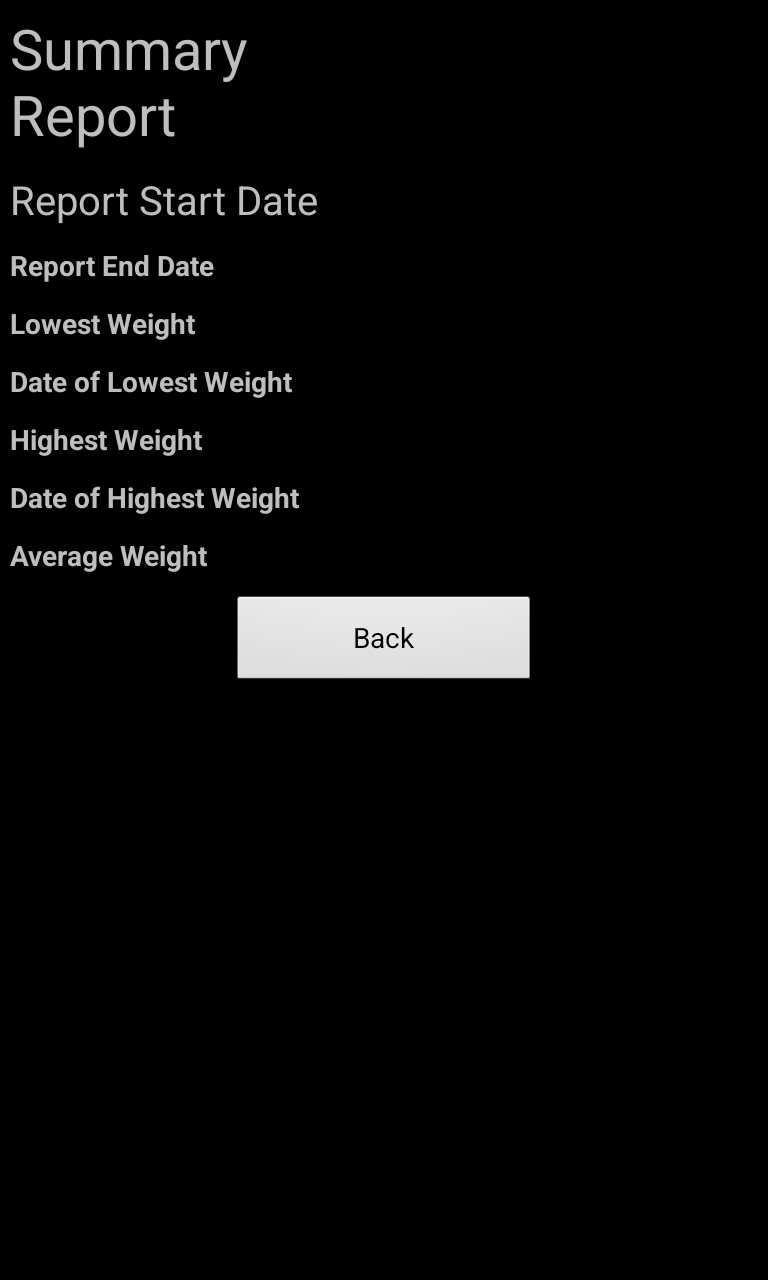
Repository: dillonyoung/CPD4493
Layout: TraCare/res/layout/report.xml
The author's editor kept a copy of each file at every save. The layout is drawn from the files as they stood at one save, then again after the next save.
It is drawn on a 768 x 1280 px phone screen (xhdpi) without system bars, with theme android:Theme.Black; the app's code is not run.

Above is the layout before, as saved 2013-04-10 23:29:38.

### TraCare/res/layout/report.xml
<?xml version="1.0" encoding="utf-8"?>
<ScrollView xmlns:android="http://schemas.android.com/apk/res/android"
    android:layout_width="fill_parent"
    android:layout_height="fill_parent" >

    <TableLayout
        android:id="@+id/TableLayout1"
        android:layout_width="match_parent"
        android:layout_height="wrap_content" >

        <TableRow
            android:id="@+id/tableRow1"
            android:layout_width="wrap_content"
            android:layout_height="wrap_content"
            android:padding="5dip" >

            <TextView
                android:id="@+id/textView1"
                android:layout_width="wrap_content"
                android:layout_height="wrap_content"
                android:layout_span="2"
                android:text="@string/summary"
                style="@style/heading" />
        </TableRow>


        <TableRow
            android:id="@+id/tableRow2"
            android:layout_width="wrap_content"
            android:layout_height="wrap_content"
            android:padding="5dip" >

            <TextView
                android:id="@+id/textView2"
                android:layout_width="wrap_content"
                android:layout_height="wrap_content"
                android:text="@string/reportstart"
                style="@style/label" />

            <TextView
                android:id="@+id/txtReportStartDate"
                android:layout_width="wrap_content"
                android:layout_height="wrap_content"
                android:text="@string/blank"
                style="@style/value" />
        </TableRow>


        <TableRow
            android:id="@+id/tableRow3"
            android:layout_width="wrap_content"
            android:layout_height="wrap_content"
            android:padding="5dip" >

            <TextView
                android:id="@+id/textView3"
                android:layout_width="wrap_content"
                android:layout_height="wrap_content"
                android:text="@string/reportend"
                android:textStyle="bold" />

            <TextView
                android:id="@+id/txtReportEndDate"
                android:layout_width="wrap_content"
                android:layout_height="wrap_content"
                android:text="@string/blank"
                android:textStyle="bold" />
        </TableRow>


        <TableRow
            android:id="@+id/tableRow4"
            android:layout_width="wrap_content"
            android:layout_height="wrap_content"
            android:padding="5dip" >

            <TextView
                android:id="@+id/textView4"
                android:layout_width="wrap_content"
                android:layout_height="wrap_content"
                android:text="@string/lowestweight"
                android:textStyle="bold" />

            <TextView
                android:id="@+id/txtReportLowestWeight"
                android:layout_width="wrap_content"
                android:layout_height="wrap_content"
                android:text="@string/blank"
                android:textStyle="bold" />
        </TableRow>


        <TableRow
            android:id="@+id/tableRow5"
            android:layout_width="wrap_content"
            android:layout_height="wrap_content"
            android:padding="5dip" >

            <TextView
                android:id="@+id/textView5"
                android:layout_width="wrap_content"
                android:layout_height="wrap_content"
                android:text="@string/lowestdate"
                android:textStyle="bold" />

            <TextView
                android:id="@+id/txtReportLowestDate"
                android:layout_width="wrap_content"
                android:layout_height="wrap_content"
                android:text="@string/blank"
                android:textStyle="bold" />
        </TableRow>


        <TableRow
            android:id="@+id/tableRow6"
            android:layout_width="wrap_content"
            android:layout_height="wrap_content"
            android:padding="5dip" >

            <TextView
                android:id="@+id/textView6"
                android:layout_width="wrap_content"
                android:layout_height="wrap_content"
                android:text="@string/highestweight"
                android:textStyle="bold" />

            <TextView
                android:id="@+id/txtReportHighestWeight"
                android:layout_width="wrap_content"
                android:layout_height="wrap_content"
                android:text="@string/blank"
                android:textStyle="bold" />
        </TableRow>


        <TableRow
            android:id="@+id/tableRow7"
            android:layout_width="wrap_content"
            android:layout_height="wrap_content"
            android:padding="5dip" >

            <TextView
                android:id="@+id/textView7"
                android:layout_width="wrap_content"
                android:layout_height="wrap_content"
                android:text="@string/highestdate"
                android:textStyle="bold" />

            <TextView
                android:id="@+id/txtReportHighestDate"
                android:layout_width="wrap_content"
                android:layout_height="wrap_content"
                android:text="@string/blank"
                android:textStyle="bold" />
        </TableRow>


        <TableRow
            android:id="@+id/tableRow8"
            android:layout_width="wrap_content"
            android:layout_height="wrap_content"
            android:padding="5dip" >

            <TextView
                android:id="@+id/textView8"
                android:layout_width="wrap_content"
                android:layout_height="wrap_content"
                android:text="@string/averageweight"
                android:textStyle="bold" />

            <TextView
                android:id="@+id/txtReportAverageWeight"
                android:layout_width="wrap_content"
                android:layout_height="wrap_content"
                android:text="@string/blank"
                android:textStyle="bold" />
        </TableRow>

        <TableRow
            android:id="@+id/tableRow9"
            android:layout_width="wrap_content"
            android:layout_height="wrap_content"
            android:gravity="center_horizontal"
            android:padding="5dip" >

            <Button
                android:id="@+id/btnBack"
                android:layout_width="wrap_content"
                android:layout_height="wrap_content"
                android:layout_span="2"
                android:text="@string/back" />
        </TableRow>
    </TableLayout>

</ScrollView>

### TraCare/res/values/strings.xml
<?xml version="1.0" encoding="utf-8"?>
<resources>

    <string name="app_name">TraCare</string>
    <string name="action_settings">Settings</string>
    <string name="title_section1">Section 1</string>
    <string name="title_section2">Section 2</string>
    <string name="title_section3">Section 3</string>
    <string name="user_details">User Details</string>
    <string name="gender">Gender</string>
    <string name="male">Male</string>
    <string name="female">Female</string>
    <string name="weight">Weight (Lbs)</string>
    <string name="preferences">Preferences</string>
    <string name="track_weight">Track Weight</string>
    <string name="track_sleep">Track Sleep</string>
    <string name="track_energy_level">Track Energy Level</string>
    <string name="track_quality_of_sleep">Track Quality of Sleep</string>
    <string name="track_fitness">Track Fitness</string>
    <string name="track_nutrition">Track Nutrition</string>
    <string name="savesettings">Save Settings</string>
    <string name="back">Back</string>
    <string name="yourname">Your name</string>
    <string name="track_symptom">Track Symptom</string>
    <string name="image"></string>
    <string name="blank"></string>
    <string name="menu_add_entry">Add Entry</string>
    <string name="menu_delete_entry">Delete Entry</string>
    <string name="summary">Summary Report</string>
    <string name="startdate">Start Date</string>
    <string name="enddate">End Date</string>
    <string name="runreport">Run Report</string>
    <string name="reportstart">Report Start Date</string>
    <string name="reportend">Report End Date</string>
    <string name="lowestweight">Lowest Weight</string>
    <string name="lowestdate">Date of Lowest Weight</string>
	<string name="highestweight">Highest Weight</string>
    <string name="highestdate">Date of Highest Weight</string>
    <string name="averageweight">Average Weight</string>
    <string-array name="hours_of_sleep">
        <item>0.0 Hours of Sleep</item>
        <item>0.5 Hours of Sleep</item>
        <item>1.0 Hours of Sleep</item>
        <item>1.5 Hours of Sleep</item>
        <item>2.0 Hours of Sleep</item>
        <item>2.5 Hours of Sleep</item>
        <item>3.0 Hours of Sleep</item>
        <item>3.5 Hours of Sleep</item>
        <item>4.0 Hours of Sleep</item>
        <item>4.5 Hours of Sleep</item>
        <item>5.0 Hours of Sleep</item>
        <item>5.5 Hours of Sleep</item>
        <item>6.0 Hours of Sleep</item>
        <item>6.5 Hours of Sleep</item>
        <item>7.0 Hours of Sleep</item>
        <item>7.5 Hours of Sleep</item>
        <item>8.0 Hours of Sleep</item>
        <item>8.5 Hours of Sleep</item>
        <item>9.0 Hours of Sleep</item>
        <item>9.5 Hours of Sleep</item>
        <item>10.0 Hours of Sleep</item>
        <item>10.5 Hours of Sleep</item>
        <item>11.0 Hours of Sleep</item>
        <item>11.5 Hours of Sleep</item>
        <item>12.0 Hours of Sleep</item>
        <item>12.5 Hours of Sleep</item>
        <item>13.0 Hours of Sleep</item>
        <item>13.5 Hours of Sleep</item>
        <item>14.0 Hours of Sleep</item>
        <item>14.5 Hours of Sleep</item>
        <item>15.0 Hours of Sleep</item>
        <item>15.5 Hours of Sleep</item>
        <item>16.0 Hours of Sleep</item>
        <item>16.5 Hours of Sleep</item>
        <item>17.0 Hours of Sleep</item>
        <item>17.5 Hours of Sleep</item>
        <item>18.0 Hours of Sleep</item>
        <item>18.5 Hours of Sleep</item>
        <item>19.0 Hours of Sleep</item>
        <item>19.5 Hours of Sleep</item>
        <item>20.0 Hours of Sleep</item>
        <item>20.5 Hours of Sleep</item>
        <item>21.0 Hours of Sleep</item>
        <item>21.5 Hours of Sleep</item>
        <item>22.0 Hours of Sleep</item>
        <item>22.5 Hours of Sleep</item>
        <item>23.0 Hours of Sleep</item>
        <item>23.5 Hours of Sleep</item>
    </string-array>
    <string-array name="energy_level">
        <item>Energy Level Not Specified</item>
        <item>Terrible Energy Level</item>
        <item>Poor Energy Level</item>
        <item>Average Energy Level</item>
        <item>Good Energy Level</item>
        <item>Excellent Energy Level</item>
    </string-array>
    <string-array name="quality_of_sleep">
        <item>Quality of Sleep Not Specified</item>
        <item>Terrible Quality of Sleep</item>
        <item>Poor Quality of Sleep</item>
        <item>Average Quality of Sleep</item>
        <item>Good Quality of Sleep</item>
        <item>Excellent Quality of Sleep</item>
    </string-array>
    <string-array name="symptom_type">
        <item>Symptom Type Not Specified</item>
        <item>Other</item>
        <item>Abdominal Pain</item>
        <item>Chest Pain</item>
        <item>Constipation</item>
        <item>Cought</item>
        <item>Diarrea</item>
        <item>Dizziness</item>
        <item>Eye Discomfort</item>
        <item>Foot Pain</item>
        <item>Hip Pain</item>
        <item>Knee Pain</item>
        <item>Low Back Pain</item>
        <item>Nasal Congestion</item>
        <item>Nausea</item>
        <item>Neck Pain</item>
        <item>Numbness</item>
        <item>Shortness of Breath</item>
        <item>Shoulder Pain</item>
        <item>Sore Throat</item>
        <item>Vision Problems</item>
        <item>Wheezing</item>
    </string-array>
        <string name="string_new_entry">New Entry</string>
        <string name="string_hours_of_sleep">Select Hours of Sleep</string>
        <string name="string_fitness">Your fitness activity</string>
        <string name="string_nutrition">Your nutrition</string>
        <string name="string_symtpom_description">The symptom description</string>
        <string name="saveentry">Save New Entry</string>

</resources>

### TraCare/res/values/styles.xml
<resources xmlns:android="http://schemas.android.com/apk/res/android">

    <!--
        Base application theme, dependent on API level. This theme is replaced
        by AppBaseTheme from res/values-vXX/styles.xml on newer devices.
    -->
    <style name="AppBaseTheme" parent="android:Theme.Light">
        <!--
            Theme customizations available in newer API levels can go in
            res/values-vXX/styles.xml, while customizations related to
            backward-compatibility can go here.
        -->
    </style>

    <!-- Application theme. -->
    <style name="AppTheme" parent="AppBaseTheme">
        <!-- All customizations that are NOT specific to a particular API-level can go here. -->
    </style>
    <style name="label">
        <item name="android:textSize">20sp</item>
    </style>
    <style name="heading">
        <item name="android:textSize">28sp</item>
    </style>
    <style name="button">
        <item name="android:textSize">20sp</item>
    </style>
    <style name="value">
        <item name="android:textSize">20sp</item>
    </style>


</resources>

After the next save:
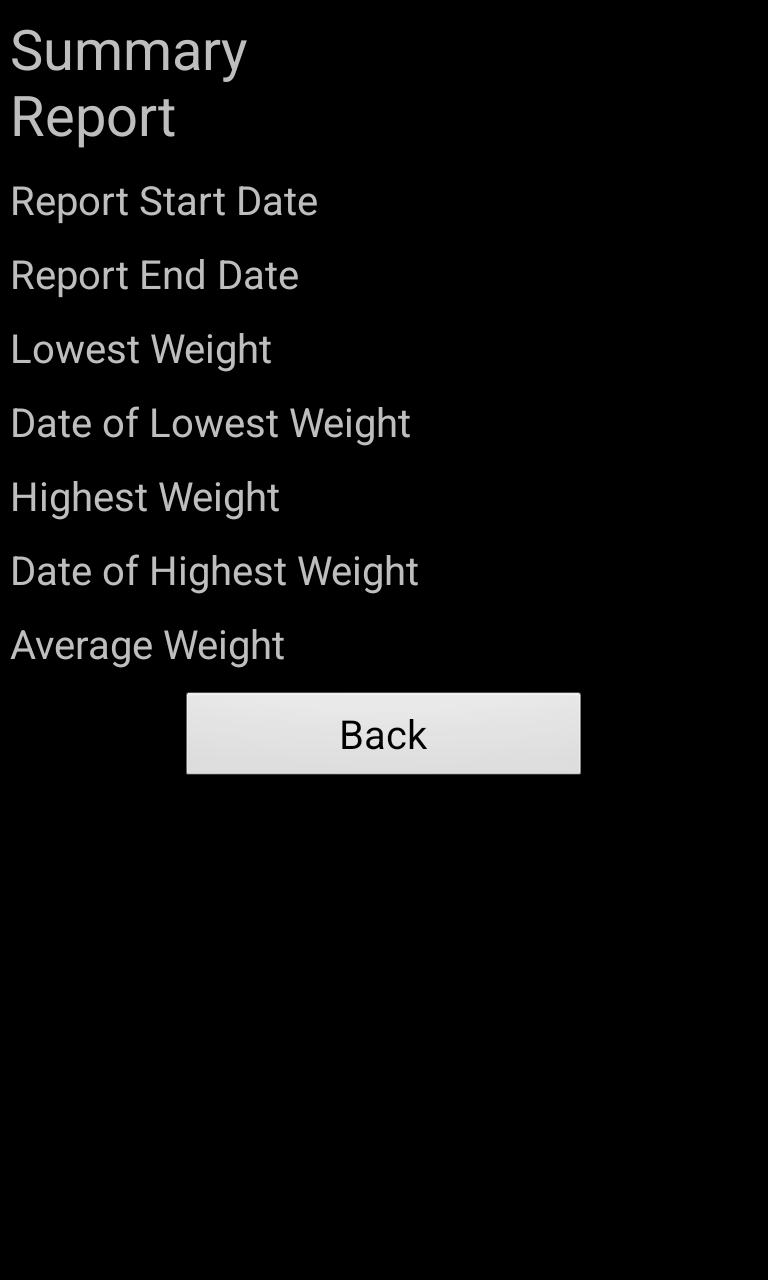
Saved 104 s later.
--- a/TraCare/res/layout/report.xml
+++ b/TraCare/res/layout/report.xml
@@ -57,14 +57,14 @@
                 android:layout_width="wrap_content"
                 android:layout_height="wrap_content"
                 android:text="@string/reportend"
-                android:textStyle="bold" />
+                style="@style/label" />
 
             <TextView
                 android:id="@+id/txtReportEndDate"
                 android:layout_width="wrap_content"
                 android:layout_height="wrap_content"
                 android:text="@string/blank"
-                android:textStyle="bold" />
+                style="@style/value" />
         </TableRow>
 
 
@@ -79,14 +79,14 @@
                 android:layout_width="wrap_content"
                 android:layout_height="wrap_content"
                 android:text="@string/lowestweight"
-                android:textStyle="bold" />
+                style="@style/label" />
 
             <TextView
                 android:id="@+id/txtReportLowestWeight"
                 android:layout_width="wrap_content"
                 android:layout_height="wrap_content"
                 android:text="@string/blank"
-                android:textStyle="bold" />
+                style="@style/value" />
         </TableRow>
 
 
@@ -101,14 +101,14 @@
                 android:layout_width="wrap_content"
                 android:layout_height="wrap_content"
                 android:text="@string/lowestdate"
-                android:textStyle="bold" />
+                style="@style/label" />
 
             <TextView
                 android:id="@+id/txtReportLowestDate"
                 android:layout_width="wrap_content"
                 android:layout_height="wrap_content"
                 android:text="@string/blank"
-                android:textStyle="bold" />
+                style="@style/value" />
         </TableRow>
 
 
@@ -123,14 +123,14 @@
                 android:layout_width="wrap_content"
                 android:layout_height="wrap_content"
                 android:text="@string/highestweight"
-                android:textStyle="bold" />
+                style="@style/label" />
 
             <TextView
                 android:id="@+id/txtReportHighestWeight"
                 android:layout_width="wrap_content"
                 android:layout_height="wrap_content"
                 android:text="@string/blank"
-                android:textStyle="bold" />
+                style="@style/value" />
         </TableRow>
 
 
@@ -145,14 +145,14 @@
                 android:layout_width="wrap_content"
                 android:layout_height="wrap_content"
                 android:text="@string/highestdate"
-                android:textStyle="bold" />
+                style="@style/label" />
 
             <TextView
                 android:id="@+id/txtReportHighestDate"
                 android:layout_width="wrap_content"
                 android:layout_height="wrap_content"
                 android:text="@string/blank"
-                android:textStyle="bold" />
+                style="@style/value" />
         </TableRow>
 
 
@@ -167,14 +167,14 @@
                 android:layout_width="wrap_content"
                 android:layout_height="wrap_content"
                 android:text="@string/averageweight"
-                android:textStyle="bold" />
+                style="@style/label" />
 
             <TextView
                 android:id="@+id/txtReportAverageWeight"
                 android:layout_width="wrap_content"
                 android:layout_height="wrap_content"
                 android:text="@string/blank"
-                android:textStyle="bold" />
+                style="@style/value" />
         </TableRow>
 
         <TableRow
@@ -189,7 +189,8 @@
                 android:layout_width="wrap_content"
                 android:layout_height="wrap_content"
                 android:layout_span="2"
-                android:text="@string/back" />
+                android:text="@string/back"
+                style="@style/button" />
         </TableRow>
     </TableLayout>
 
